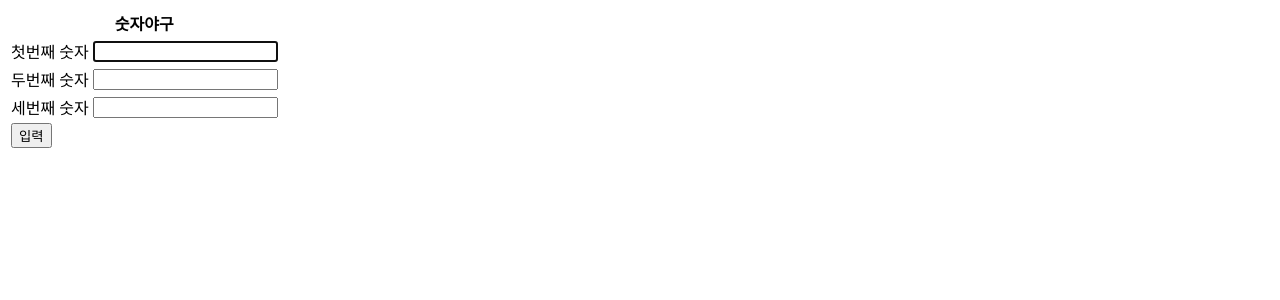
Repository: kmw7691/Soldesk
Page: http://localhost/Nov15_1_NB/HomeController
An editor plug-in stored every save of this project. The page is shown before and after the next save, followed by the edit.
The browser window is 1280 px wide. The pictures show the whole page.
The page is served by Tomcat 9.

Above is the page before, as saved 2023-11-15 01:42:52.

After the next save:
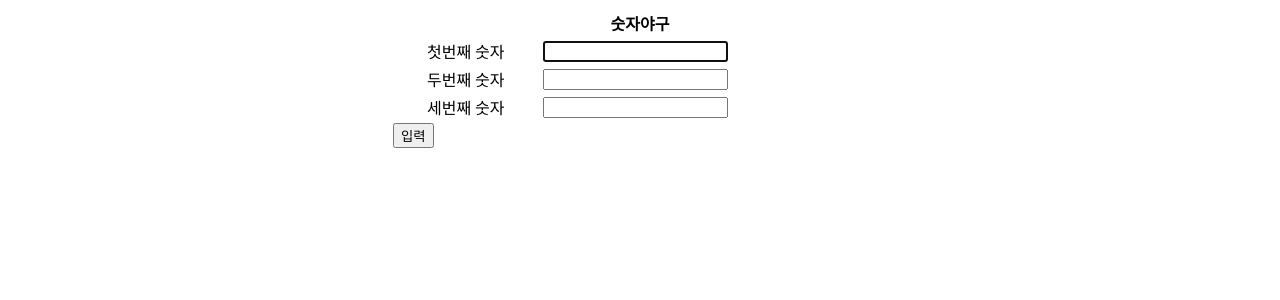
Saved 24 s later.
--- a/Nov15_1_NB/src/main/webapp/nb.css
+++ b/Nov15_1_NB/src/main/webapp/nb.css
@@ -9,3 +9,16 @@
 	font-family: "n";
 	background-size: 50%;
 }
+
+#nbTbl{
+	margin-left:auto;
+	margin-right: auto;
+	width : 500px;
+}
+
+#th{
+	background-color: #E9FFE0;
+	color:#034F83;
+	font-size: 30pt;
+	height: 50px;
+}
